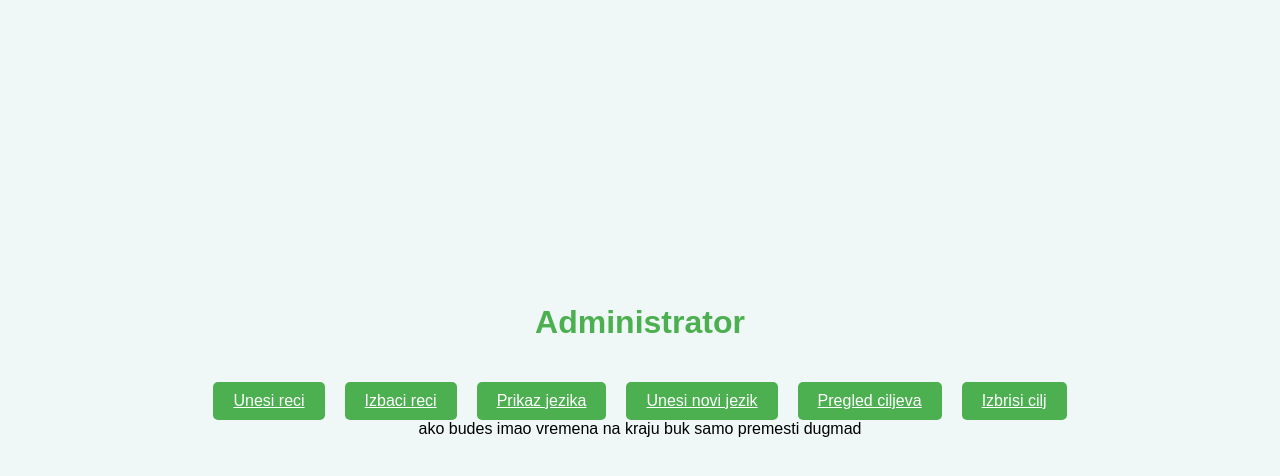
Repository: jodz4k/Polilingo-Spring-web-app
Page: http://localhost/PolilingoWeb/administrator.jsp
The author's editor kept a copy of each file at every save. The page is drawn from the files as they stood at one save, then again after the next save.
The browser window is 1280 px wide. The pictures show the whole page.
The page is served by Tomcat 10. Other server files are loaded and not shown.

Above is the page before, as saved 2024-01-29 20:03:45.

### PolilingoWeb/src/main/webapp/administrator.jsp
<%@ page language="java" contentType="text/html; charset=ISO-8859-1"
    pageEncoding="ISO-8859-1"%>
<!DOCTYPE html>
<html>
<head>
    <meta charset="UTF-8">
    <meta name="viewport" content="width=device-width, initial-scale=1.0">
    <title>Administrator</title>
    <style>
        body {
            background-color: #f0f8f7; /* svetlozelena boja pozadine */
            font-family: Arial, sans-serif;
            text-align: center;
            margin: 0;
            padding: 0;
            height: 100vh;
            display: flex;
            flex-direction: column;
            align-items: center;
            justify-content: center;
        }

        h1 {
            color: #4caf50;
        }

        .button-container {
            display: flex;
            flex-wrap: wrap;
            gap: 20px;
            margin-top: 20px;
        }

        .button {
            padding: 10px 20px;
            font-size: 16px;
            cursor: pointer;
            border: none;
            border-radius: 5px;
            transition: background-color 0.3s;
        }

        .add-word-button {
            background-color: #4caf50; /* zelena boja za dodavanje reci */
            color: white;
        }

        .remove-words-button {
            background-color: #4caf50; /* zelena boja za izbacivanje reci */
            color: white;
        }

        .view-stats-button {
            background-color: #4caf50; /* zelena boja za statistike */
            color: white;
        }

        .add-language-button {
            background-color: #4caf50; /* zelena boja za dodavanje jezika */
            color: white;
        }

        .button:hover {
            background-color: #34495e; /* tamnija nijansa na hover efektu */
        }
    </style>
</head>

<body>
    <h1>Administrator</h1>

    <div class="button-container">
		<a href="/Polilingo/admUnosNovihReci.jsp" class="button add-word-button">Unesi reci</a>
		<a href="/Polilingo/admIzbacivanjeReci.jsp" class="button remove-words-button">Izbaci reci</a>
		<a href="/Polilingo/jezik/ispisiJezike" class="button view-stats-button">Prikaz jezika</a>
		<a href="/Polilingo/admUnesiJezik.jsp" class="button add-language-button">Unesi novi jezik</a>
		<a href="/Polilingo/cilj/ispisiCiljeve" class="button add-language-button">Pregled ciljeva</a>
		<a href="/Polilingo/admUnesiJezik.jsp" class="button add-language-button">Izbrisi cilj</a>
    </div>

    ako budes imao vremena na kraju buk samo premesti dugmad
</body>

</html>

After the next save:
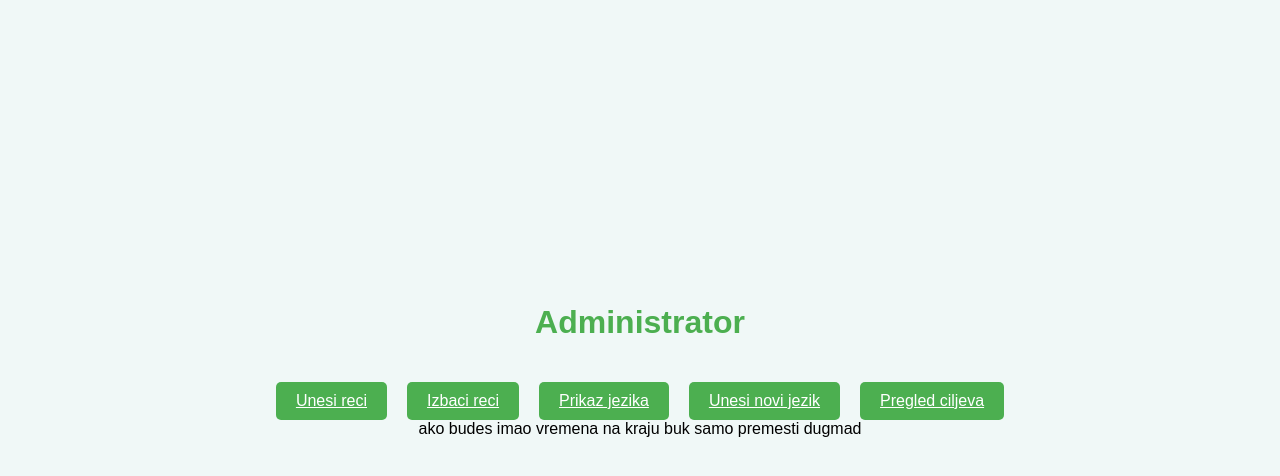
Saved 45 s later.
--- a/PolilingoWeb/src/main/webapp/administrator.jsp
+++ b/PolilingoWeb/src/main/webapp/administrator.jsp
@@ -75,7 +75,6 @@
 		<a href="/Polilingo/jezik/ispisiJezike" class="button view-stats-button">Prikaz jezika</a>
 		<a href="/Polilingo/admUnesiJezik.jsp" class="button add-language-button">Unesi novi jezik</a>
 		<a href="/Polilingo/cilj/ispisiCiljeve" class="button add-language-button">Pregled ciljeva</a>
-		<a href="/Polilingo/admUnesiJezik.jsp" class="button add-language-button">Izbrisi cilj</a>
     </div>
 
     ako budes imao vremena na kraju buk samo premesti dugmad
